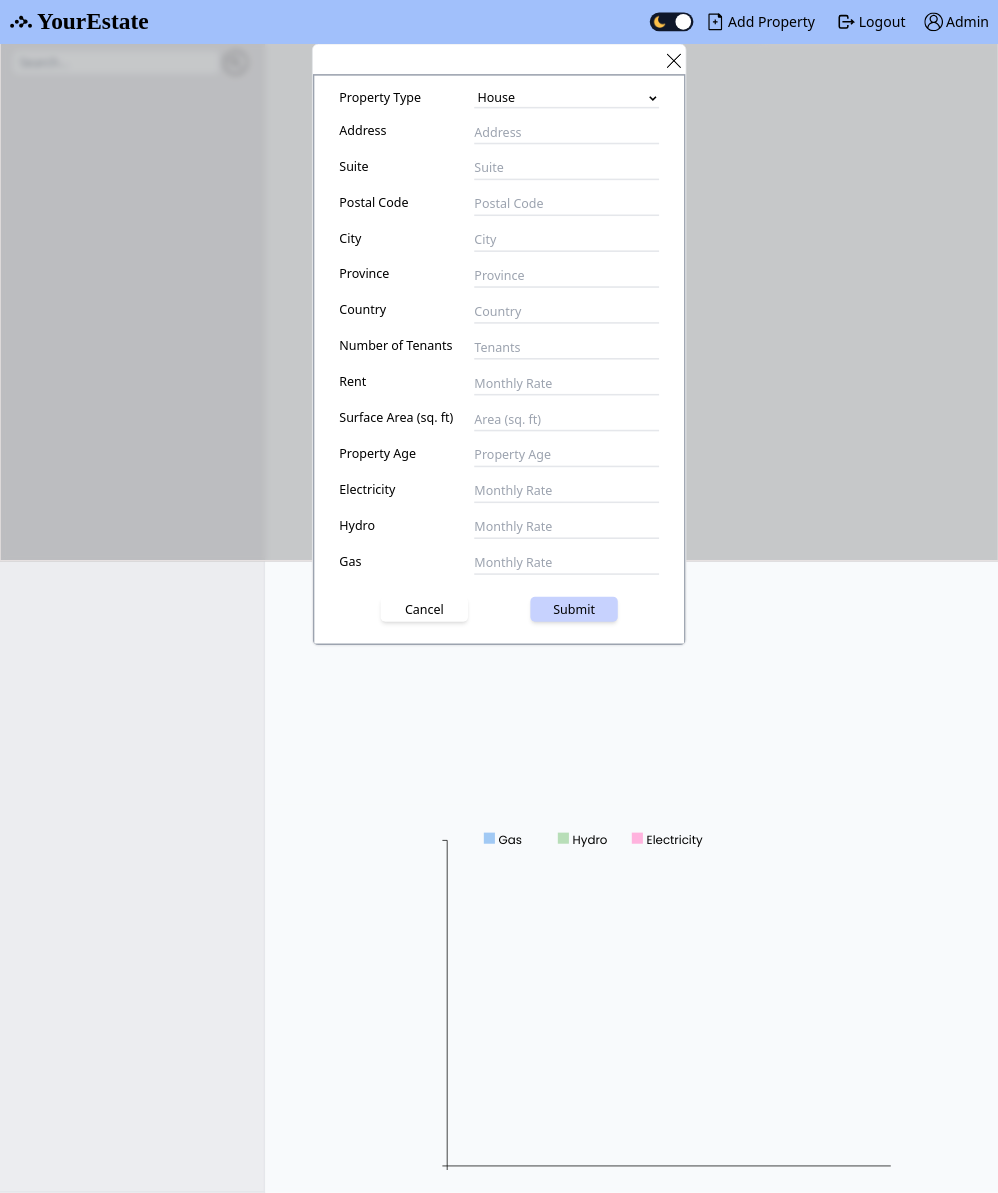
Repository: Fortivera/yourestate
Page: /dashboard/createproperty
These files come from the project's save history. The page is drawn as it stood at one moment and after the next save; the edit follows.
The browser window is 1280 px wide. The pictures show the whole page, at 78% of full size.
The page's requests for data from a server got no answer. The project was rebuilt for these pictures with package versions that can differ from the ones it lists, and the page was loaded fresh each time. Some packages were replaced by stand-ins written for this rebuild. The framework's server and built-in components were replaced by stand-ins that run in the browser. No one was signed in, and anything a server would have sent is missing. Also part of the build but not shown: next.config.js, src/app/loading.tsx, src/components/PropertyCard.tsx.

Above is the page before, as saved 2023-12-31 00:43:39.

### src/app/layout.tsx
import "./globals.css"
import { Analytics } from "@vercel/analytics/react"
import { Metadata } from "next"
import ReactQueryProvider from "./providers"

export const metadata: Metadata = {
  title: {
    template: "%s | Your Estate Login",
    default: "Your Estate Login",
  },
  description: "Home page for the real estate web application",
}

export default function RootLayout({ children }: { children: React.ReactNode }) {
  return (
    <html lang="en">
      <body>
        <ReactQueryProvider>
          {children}
          <Analytics />
        </ReactQueryProvider>
      </body>
    </html>
  )
}

### src/app/dashboard/layout.tsx
import { ThemeContextProvider } from "@/context/ThemeContex"
import ThemeProvider from "@/providers/ThemeProvider"
import { QueryClient, HydrationBoundary, dehydrate } from "@tanstack/react-query"
import { getProperty } from "lib/useRequestFunctions"

import { Analytics } from "../../components/Analytics/Analytics"
import Navbar from "../../components/Navbar"
import PropertiesList from "../../components/PropertiesList"

// import { usePropertyStore } from "../usePropertiesStore"

export default async function Layout({ children }: { children: React.ReactNode }) {
    const queryClient = new QueryClient()
    await queryClient.prefetchQuery({
        queryKey: ["allProperties"],
        queryFn: getProperty,
    })

    // const allPropertiesPromise: Promise<Property[]> = await getProperty()
    // const allProperties = await allPropertiesPromise

    // usePropertyStore.setState({ allProperties })

    return (
        <>
            <ThemeContextProvider>
                <ThemeProvider>
                    <header>
                        <Navbar />
                    </header>
                    <div>{children}</div>
                    <main>
                        <div className="flex flex-col md:flex-row mt-14">
                            <div className="w-screen md:h-auto md:w-[29rem] h-[50vh]">
                                <HydrationBoundary state={dehydrate(queryClient)}>
                                    <PropertiesList />
                                </HydrationBoundary>
                            </div>
                            <HydrationBoundary state={dehydrate(queryClient)}>
                                <Analytics />
                            </HydrationBoundary>
                        </div>
                    </main>
                </ThemeProvider>
            </ThemeContextProvider>
        </>
    )
}

### src/app/dashboard/createproperty/layout.tsx
'use client'

import Layout from "../layout";
import ProductsPage from "../page";

export default function Layouta({ children, }: { children: React.ReactNode }) {
    return (
        <>

            {children}
        </>
    )

}

### src/app/globals.css
@import url("https://fonts.googleapis.com/css2?family=Lora:ital,wght@0,400;0,500;0,600;1,400;1,500;1,600&family=Montserrat:ital,wght@0,300;0,400;0,500;0,600;1,300;1,400;1,500;1,600&family=Poppins:ital,wght@0,300;0,400;0,500;0,600;0,700;0,800;0,900;1,300;1,400;1,500;1,600;1,700;1,800;1,900&family=Noto+Sans:ital,wght@0,300;0,400;0,500;0,600;0,700;0,800;0,900;1,300;1,400;1,500;1,600;1,700;1,800;1,900&display=swap");

@tailwind base;
@tailwind components;
@tailwind utilities;

.navbarDark {
    background-color: rgb(45 48 56);
    color: #ddd;
}
.navbarLight {
    background-color: rgb(161, 192, 251);
    color: black;
}
.propertyListLight {
    background-color: rgb(249 250 251);
    color: black;
    border-color: rgb(229 231 235);
}
.propertyListDark {
    background-color: rgb(45 48 56 / 0.95);
    color: #ddd;
}
.searchbarLight {
    background-color: rgb(248 250 252);
    color: black;
}
.searchbarDark {
    background-color: rgb(100 116 139 / 0.6);
    color: #ddd;
}
.propertyLight {
    background-color: rgb(249 250 251);
    color: black;
}
.propertyDark {
    background-color: rgb(45 48 56 / 0.95);
    color: #ddd;
}

### src/app/providers.tsx
"use client"
import { ReactNode, useState } from "react"
import { QueryClient, QueryClientProvider } from "@tanstack/react-query"
import { ReactQueryDevtools } from "@tanstack/react-query-devtools"

type Props = {
  children: ReactNode
}

export default function ReactQueryProvider({ children }: Props) {
  const [queryClient] = useState(() => new QueryClient())

  return (
    <QueryClientProvider client={queryClient}>
      <ReactQueryDevtools initialIsOpen={false} />
      {children}
    </QueryClientProvider>
  )
}

### src/context/ThemeContex.tsx
"use client"
import { createContext, useState, ReactNode, useEffect } from "react"

interface ChildrenProps {
    children: ReactNode
}

interface ThemeContextType {
    theme: string
    toggle: () => void
}

// This component is responsible to registering and remembering what theme was chosen by the user
// we use local storage for that
export const ThemeContext = createContext<ThemeContextType>({
    theme: "light",
    toggle: () => {},
})

function getFromLocalStorage() {
    if (typeof window === "undefined") {
        return "light" // Use a default theme on the server-side
    }
    return localStorage.getItem("theme") || "light"
}

export const ThemeContextProvider = ({ children }: ChildrenProps) => {
    const [theme, setTheme] = useState<string>(getFromLocalStorage)

    // since next.js uses server side rendering, we must specify if the transition to client is completed
    const toggle = () => {
        setTheme((prevTheme) => (prevTheme === "light" ? "dark" : "light"))
    }

    useEffect(() => {
        localStorage.setItem("theme", theme)
    }, [theme])

    return <ThemeContext.Provider value={{ theme, toggle }}>{children}</ThemeContext.Provider>
}

### src/providers/ThemeProvider.tsx
"use client"

import { useState, useEffect, useContext, ReactNode } from "react"
import { ThemeContext } from "@/context/ThemeContex"

interface ChildrenProps {
    children: ReactNode
}

// this component is created to keep the layout/page as server side rendered.
// useContext() requires you to have "use client"

export default function ThemeProvider({ children }: ChildrenProps) {
    const { theme } = useContext(ThemeContext)
    const [mounted, setMounted] = useState(false)

    useEffect(() => {
        setMounted(true)
    }, [])

    if (!mounted) {
        return null // or a loading placeholder if desired
    }
    return <div className={theme}>{children}</div>
}

### lib/useRequestFunctions.ts
export function filterId(arr: Property[], propertyid: number) {
  for (let i = 0; i < arr.length; i++) {
    try {
      if (arr[i].id != propertyid) {
        continue
      } else {
        return arr[i] as Property
      }
    } catch (error) {
      console.error(error)
    }
  }
}

export function deleteProperty(userInput: number) {
  const url = `${process.env.NEXT_PUBLIC_SERVER_URL}${process.env.NEXT_PUBLIC_PROPERTY_ENDPOINT}${userInput}`
  console.log(url)
  try {
    fetch(url, {
      method: "DELETE",
      body: JSON.stringify(userInput),
      headers: {
        "Content-Type": "application/json",
      },
    })
  } catch (err) {
    console.error(err)
    alert(`We can't submit the form, because of ${err}`)
  }
}

// eslint-disable-next-line no-unused-vars
export async function updateProperty(userInput: Property, id: number) {
  const url = `${process.env.NEXT_PUBLIC_SERVER_URL}${process.env.NEXT_PUBLIC_PROPERTY_ENDPOINT}/${id}`
  // const url = "http://localhost:5085/api/Properties/39"
  console.log(url)
  try {
    const response = await fetch(url, {
      method: "PUT",
      body: JSON.stringify(userInput),
      headers: {
        "Content-Type": "application/json",
      },
    })
    if (!response.ok) {
      throw new Error(`Invalid response: ${response.status}`)
    }
  } catch (err) {
    console.error(err)
    alert("We can't submit the form, try again later?")
  }
}

export async function getProperty(): Promise<Property[]> {
  try {
    const response = await fetch(`${process.env.NEXT_PUBLIC_SERVER_URL}${process.env.NEXT_PUBLIC_PROPERTY_ENDPOINT}`, {
      cache: "no-store",
    })
    if (!response.ok) {
      throw new Error("Failed to fetch data.")
    }

    const propertyCollection: Property[] = await response.json()
    return propertyCollection
  } catch (err) {
    console.log(err)
    return []
  }
}

// Helper function to get the token and save it in localStorage
export async function tokenHandleResponse(response: Response) {
  if (response.ok) {
    const data = await response.json()
    if (data.token) {
      localStorage.setItem("token", data.token)
      return data
    }
    throw new Error("Token not found in response")
  }
  throw new Error("Network response was not ok.")
}

### src/components/Analytics/Analytics.tsx
"use client"
import Loading from "@/app/loading"
import { ThemeContext } from "@/context/ThemeContex"
import { useQuery } from "@tanstack/react-query"
import { getProperty } from "lib/useRequestFunctions"
import React, { Suspense, useContext } from "react"
import { D3BarChart } from "./D3charts/D3BarChart"
import { D3DonutPieChart } from "./D3charts/D3DonutPieChart"
import { D3PieChart } from "./D3charts/D3PieChart"

// interface Props {
//     allProperties: Property[]
// }

export const Analytics = () => {
    const { theme } = useContext(ThemeContext)
    const { data: allProperties, error } = useQuery({
        queryKey: ["allProperties"],
        queryFn: getProperty,
    })
    if (error) return <div>Failed to load</div>
    return (
        <>
            {/* <div className="w-full h-full">{<iframe height="100%" width="100%" title="Report Section" src="https://app.powerbi.com/view?r=eyJrIjoiZDVmOGZlMWMtN2VkYS00NmRkLWJiZDgtMGY1MzQyNTdlOWQ1IiwidCI6IjcwYWQ5MjFmLTFmZjQtNDZjNC1hMmZkLWIxNTc0MjcxODQ3NiJ9" allowFullScreen={true}></iframe>}</div> */}
            <div className={`${theme === "light" ? "bg-slate-50" : "bg-[#515F73]"} grid grid-cols-1 desktop:grid-cols-2 w-full py-2 px-1 font-Poppins`}>
                <div>
                    <Suspense fallback={<Loading />}>
                        <D3DonutPieChart allProperties={allProperties!} />
                    </Suspense>
                </div>
                <div>
                    <Suspense fallback={<Loading />}>
                        <D3PieChart allProperties={allProperties!} />
                    </Suspense>
                </div>
                <div className="md:col-span-full flex justify-center">
                    <Suspense fallback={<Loading />}>
                        <D3BarChart allProperties={allProperties!} />
                    </Suspense>
                </div>
            </div>
        </>
    )
}

### src/components/Modal.tsx
"use client"

import { MouseEventHandler, useContext } from "react"
import { useRouter } from "next/navigation"
import { ThemeContext } from "@/context/ThemeContex"

export const Modal = ({ children }: any) => {
    const router = useRouter()
    const { theme } = useContext(ThemeContext)
    const closeHandler: MouseEventHandler = (): void => {
        router.push("/dashboard")
    }
    return (
        <>
            <div className="bg-black/20 backdrop-blur-sm bg-blend-saturation border-[1px] border-b-[2px] border-[#e6e1e1] fixed top-0 w-full h-screen bg-cover z-10 " onClick={closeHandler} />
            <dialog
                open
                className={`
    ${theme === "light" ? "bg-white" : "bg-[#33363e] text-[#e6e1e1]"}
    w-[80%] max-w-[480px] md:w-1/2
    mx-auto border rounded-lg shadow-sm overflow-hidden pt-1 z-10
  `}
            >
                {children}
            </dialog>
        </>
    )
}

### public/CancelIcon.tsx

export default function CancelIcon() {

  return (
    <svg xmlns="http://www.w3.org/2000/svg" fill="#000000" width="30px" height="30px" viewBox="0 0 256 256" id="Flat">
      <path d="M202.82861,197.17188a3.99991,3.99991,0,1,1-5.65722,5.65624L128,133.65723,58.82861,202.82812a3.99991,3.99991,0,0,1-5.65722-5.65624L122.343,128,53.17139,58.82812a3.99991,3.99991,0,0,1,5.65722-5.65624L128,122.34277l69.17139-69.17089a3.99991,3.99991,0,0,1,5.65722,5.65624L133.657,128Z" />
      <path xmlns="http://www.w3.org/2000/svg" d="M202.82861,197.17188a3.99991,3.99991,0,1,1-5.65722,5.65624L128,133.65723,58.82861,202.82812a3.99991,3.99991,0,0,1-5.65722-5.65624L122.343,128,53.17139,58.82812a3.99991,3.99991,0,0,1,5.65722-5.65624L128,122.34277l69.17139-69.17089a3.99991,3.99991,0,0,1,5.65722,5.65624L133.657,128Z" />
    </svg>
  )
}

### src/components/ThemeToggle.tsx
"use client"

import { ThemeContext } from "@/context/ThemeContex"
import Image from "next/image"
import { useContext } from "react"

export default function ThemeToggle() {
    const { toggle, theme } = useContext(ThemeContext)

    return (
        <>
            <span className="sr-only">Toggle theme</span>
            <div className="flex items-center w-14 h-6 rounded-full cursor-pointer justify-between  relative" onClick={toggle} style={theme === "dark" ? { backgroundColor: "white" } : { backgroundColor: "#0f172a" }}>
                <Image src="/static/moon.png" alt={"moon icon"} width={18} height={10} className={"m-1"} />
                <div className="rounded-full w-5 h-5 absolute m-0.5" style={theme === "dark" ? { left: 1, background: "#0f172a" } : { right: 1, background: "white" }} />
                <Image src="/static/sun.png" alt={"sun icon"} width={18} height={10} className={"m-1"} />
            </div>
        </>
    )
}

### public/static/SvgLogout.tsx
import * as React from "react"
import { SVGProps } from "react"
const SvgLogout = (props: SVGProps<SVGSVGElement>) => (
    <svg xmlns="http://www.w3.org/2000/svg" width={24} height={24} fill="none" stroke="currentColor" {...props}>
        <path stroke="none" d="M0 0h24v24H0z" />
        <path d="M14 8V6a2 2 0 0 0-2-2H5a2 2 0 0 0-2 2v12a2 2 0 0 0 2 2h7a2 2 0 0 0 2-2v-2" />
        <path d="M7 12h14l-3-3m0 6 3-3" />
    </svg>
)
export default SvgLogout

### public/static/SvgAddProperty.tsx
import * as React from "react"
import { SVGProps } from "react"
const SvgAddProperty = (props: SVGProps<SVGSVGElement>) => (
  <svg xmlns="http://www.w3.org/2000/svg" width={24} height={24} fill="none" {...props}>
    <path stroke="currentColor" d="M9 12h3m3 0h-3m0 0V9m0 3v3M4 21.4V2.6a.6.6 0 0 1 .6-.6h11.652a.6.6 0 0 1 .424.176l3.148 3.148A.6.6 0 0 1 20 5.75V21.4a.6.6 0 0 1-.6.6H4.6a.6.6 0 0 1-.6-.6Z" />
    <path fill="currentColor" stroke="currentColor" d="M16 5.4V2.354a.354.354 0 0 1 .604-.25l3.292 3.292a.353.353 0 0 1-.25.604H16.6a.6.6 0 0 1-.6-.6Z" />
  </svg>
)
export default SvgAddProperty

### public/static/SvgLogoName.tsx
import * as React from "react"
import { SVGProps } from "react"
const SvgLogoName = (props: SVGProps<SVGSVGElement>) => (
    <svg xmlns="http://www.w3.org/2000/svg" width={163} height={52} overflow="hidden" {...props}>
        <text fill="currentColor" transform="translate(-.785 35)">
            {"\n              YourEstate\n            "}
        </text>
    </svg>
)
export default SvgLogoName

### public/static/SvgMainLogo.tsx
import * as React from "react"
import { SVGProps } from "react"
const SvgMainLogo = (props: SVGProps<SVGSVGElement>) => (
  <svg
    xmlns="http://www.w3.org/2000/svg"
    width={42}
    height={40}
    fill="currentColor"
    overflow="hidden"
    {...props}
  >
    <path d="M13.582 20.41c-1.39 0-2.523-1.142-2.523-2.542s1.133-2.542 2.523-2.542c1.39 0 2.523 1.142 2.523 2.542 0 1.399-1.134 2.542-2.523 2.542zm-6.058 5.047c-1.388-.003-2.518-1.15-2.514-2.55a2.537 2.537 0 0 1 2.532-2.534c1.389.003 2.519 1.15 2.514 2.551a2.538 2.538 0 0 1-2.532 2.533zm22.962 0a2.538 2.538 0 0 1-2.543-2.523c-.007-1.402 1.118-2.553 2.505-2.56a2.538 2.538 0 0 1 2.542 2.522c.008 1.401-1.118 2.553-2.504 2.561zM25.757 15.474c-.686-.214-1.419-.303-2.138-.381-1.112-.12-1.555-.554-1.743-1.668-.106-.622-.254-1.26-.523-1.825-.513-1.075-1.715-1.557-2.922-1.282-1.02.233-1.867 1.248-1.914 2.29-.054 1.188.626 2.203 1.794 2.553.555.167 1.145.25 1.724.293 1.063.077 1.418.394 1.705.878.182.306.357.607.357 1.517 0 .911-.177 1.212-.357 1.517-.287.484-.642.8-1.705.879-.58.042-1.17.126-1.724.293-1.168.351-1.848 1.364-1.794 2.554.047 1.041.895 2.056 1.914 2.289 1.207.276 2.409-.207 2.922-1.282.27-.564.417-1.203.523-1.825.189-1.114.632-1.547 1.743-1.668.72-.078 1.452-.168 2.138-.382 1.041-.325 1.667-1.296 1.667-2.375 0-1.078-.626-2.048-1.667-2.375z" />
  </svg>
)
export default SvgMainLogo

### public/static/SvgUser.tsx
import * as React from "react"
import { SVGProps } from "react"
const SvgUser = (props: SVGProps<SVGSVGElement>) => (
    <svg
        xmlns="http://www.w3.org/2000/svg"
        width={24}
        height={24}
        fill="none"
        stroke="currentColor"
        viewBox="0 0 512 512"
        {...props}
    >
        <path
            fill="currentColor"
            strokeWidth={0.1}
            d="M224 1.5c-30 3.9-54.3 11.2-81.5 24.5C80.8 56.2 32.4 112.4 11.6 177.8 3.4 204 0 226.5 0 256c0 21.6 1.7 38.2 5.6 55.7 10.5 47.2 32.8 88.2 66.9 123.2 41.9 43 94.8 69 155 76 13.5 1.6 46.3 1.4 60.7-.5 58.7-7.4 110.8-33.6 152.3-76.5 39-40.4 63.2-90.7 70-145.9 2-16.3 2-47.7 0-64-9.2-74.2-51.1-141.3-114-182.6C363.4 19.8 326.9 6.3 288 1.5c-15-1.8-50.1-1.8-64 0zm50.1 32c25.8 1.4 55.4 9.7 81.4 22.7 57.4 28.7 100.1 81 116.4 142.8 5.9 22.4 6.6 28.1 6.6 57s-.7 34.6-6.6 57c-7.4 27.8-20.4 54.6-37.8 77.6l-4.8 6.3-2.7-10.2c-13.5-50.4-48.2-92.1-95.5-114.5l-9.4-4.5 4.4-3.5c18.6-14.9 33.2-37.7 39.2-61.1 1.9-7.3 2.2-11.4 2.2-27.1 0-15.7-.3-19.8-2.2-27.1-10.2-40-42-72-81.7-82.1-12.4-3.1-37-3.6-49.6-1-45.1 9.5-78.9 42.9-88 87.2-1.9 9-2.1 12.8-1.7 26.5.6 18.3 2.3 27 8.5 41.3 6.8 15.8 19.6 32.6 33.1 43.4l4.3 3.5-13.3 6.6c-7.4 3.7-17.7 9.8-22.9 13.5-11.7 8.3-33.5 29.8-41.4 41-12.2 17.3-22 38.2-27.3 58.1l-2.6 10-4.8-6.3c-21.4-28.3-35.6-61.2-42.6-98.6-2.5-13.7-2.5-58.3 0-72 8.8-46.8 28.2-85.6 59.2-117.9 32.1-33.5 72.8-56.1 117-65 16-3.2 35.8-5.1 48-4.4 2.8.1 9.3.5 14.6.8zm.7 65.6c17.8 4.1 35.8 16.3 46.1 31.3 4.9 7.1 10.7 20.2 12.5 28.3 2 9.2 2.1 25.3 0 34.6-2 9.4-10 25.7-16.2 33.1-23 27.6-61.7 36.5-93.9 21.6-10.2-4.8-16.1-8.8-23.3-16-15.2-15.2-23-34.1-23-56 0-17 4.6-31.8 14.2-45.9 4.9-7 15.8-17.1 23.4-21.7C234 97 253 94.1 274.8 99.1zm-5.3 190.3c16.1 1 38.8 7.8 54.5 16.4 25.3 13.8 48.9 38.4 61.1 63.9 7.5 15.6 12.5 33.9 13.6 49.8l.6 8.1-8.9 6.6c-13 9.6-21.4 14.8-34.9 21.5-35.5 17.8-72.6 25.4-112.8 23.2-43-2.4-83.8-17.3-119.7-43.7l-10.3-7.5.7-9.1c1.1-16.7 7.8-38.9 16.4-54.6 6.5-11.9 14.5-22.4 25.1-33 20.1-20.1 41.3-32 68.6-38.6 10-2.4 28.5-4.4 34.5-3.8 1.4.2 6.6.5 11.5.8z"
        />
    </svg>
)
export default SvgUser

### src/components/Search.tsx
"use client"

const SearchIcon = () => {
  return (
    <svg
      version="1.0"
      xmlns="http://www.w3.org/2000/svg"
      width="40"
      height="40"
      viewBox="0 0 256.000000 256.000000"
      preserveAspectRatio="xMidYMid meet"
    >
      <g
        transform="translate(0.000000,256.000000) scale(0.100000,-0.100000)"
        fill="currentColor"
        stroke="none"
      >
        <path
          d="M1113 2245 c-351 -64 -645 -314 -758 -645 -196 -576 163 -1180 764
                    -1285 464 -81 934 198 1086 646 196 573 -165 1179 -764 1284 -101 18 -230 18
                    -328 0z m348 -45 c313 -64 570 -277 690 -571 134 -329 63 -718 -177 -977 -148
                    -161 -305 -249 -516 -292 -259 -53 -535 11 -749 176 -79 60 -183 176 -229 254
                    -184 310 -184 669 1 983 59 100 211 251 314 311 211 122 439 162 666 116z"
        />
        <path
          d="M1028 1765 c-61 -17 -107 -45 -156 -99 -51 -56 -67 -87 -83 -164 -14
                    -68 -3 -157 28 -215 20 -40 89 -113 129 -138 41 -25 125 -49 174 -49 56 0 141
                    27 185 58 l40 30 202 -201 c161 -160 205 -199 215 -189 10 10 -29 54 -188 215
                    l-201 202 32 46 c59 85 69 217 25 316 -21 49 -88 124 -136 154 -74 45 -177 59
                    -266 34z m214 -53 c59 -26 124 -91 151 -151 30 -64 30 -178 0 -242 -27 -60
                    -92 -125 -152 -152 -64 -30 -178 -30 -242 0 -129 59 -202 206 -169 342 43 180
                    242 278 412 203z"
        />
      </g>
    </svg>
    // <Image width={"40"} height={"40"} className="rounded-full min-w-[40px]" src="/static/ann.png" alt={""} />
  )
}

export default SearchIcon

Loaded but not shown: tailwind.config.js (44 lines, source omitted); src/components/Analytics/D3charts/D3BarChart.tsx (216 lines, source omitted); src/app/dashboard/createproperty/page.tsx (146 lines, source omitted); src/components/Navbar.tsx (98 lines, source omitted); src/components/Analytics/D3charts/D3DonutPieChart.tsx (146 lines, source omitted); src/components/Analytics/D3charts/D3PieChart.tsx (140 lines, source omitted); src/components/FormLabels.tsx (178 lines, source omitted); src/components/PropertiesList.tsx (86 lines, source omitted)

After the next save:
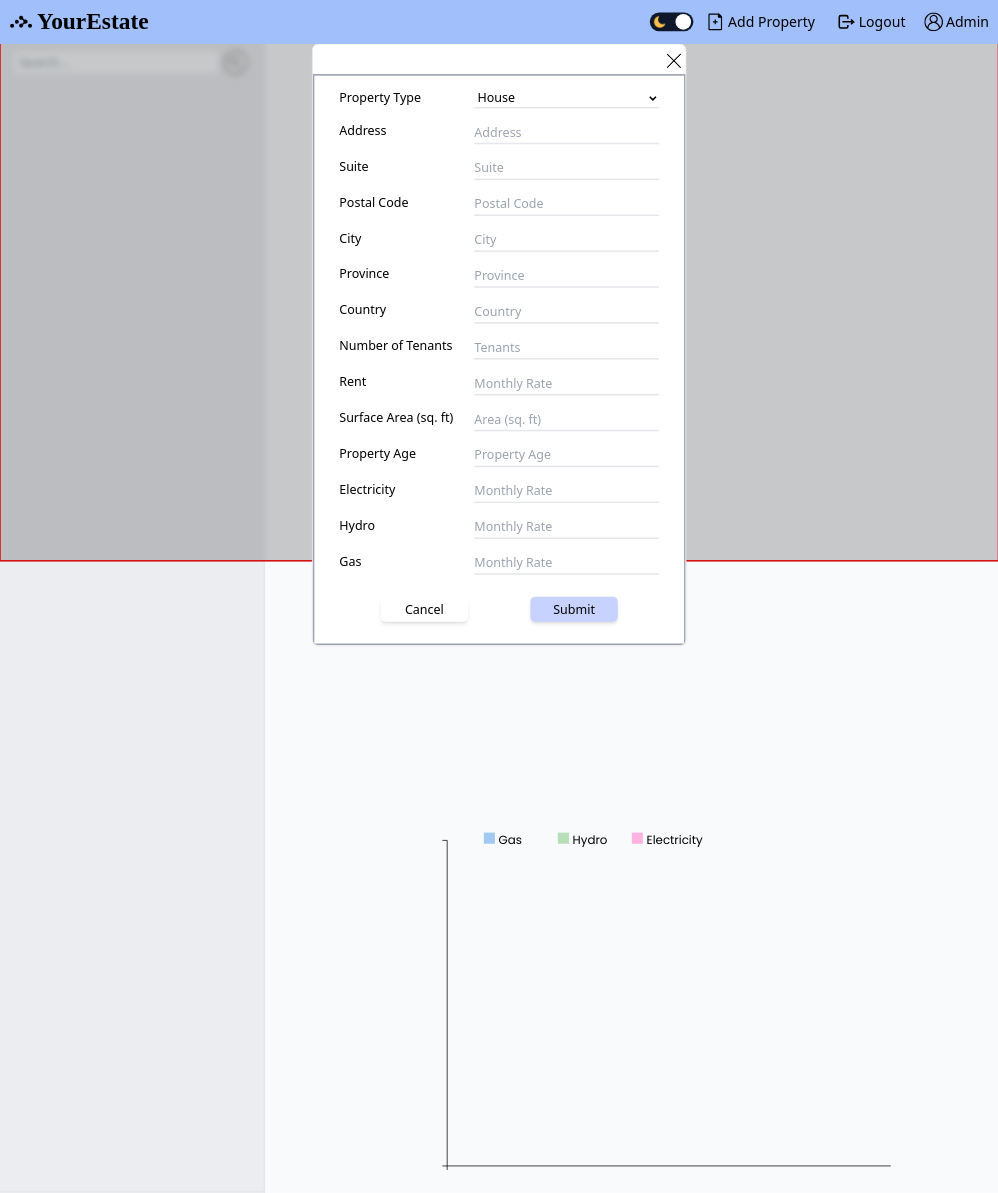
Saved 36 s later.
--- a/src/components/Modal.tsx
+++ b/src/components/Modal.tsx
@@ -12,7 +12,7 @@ export const Modal = ({ children }: any) => {
     }
     return (
         <>
-            <div className="bg-black/20 backdrop-blur-sm bg-blend-saturation border-[1px] border-b-[2px] border-[#e6e1e1] fixed top-0 w-full h-screen bg-cover z-10 " onClick={closeHandler} />
+            <div className="bg-black/20 backdrop-blur-sm bg-blend-saturation border-[1px] border-b-[2px] border-[#dc0e0e] fixed top-0 w-full h-screen bg-cover z-10 " onClick={closeHandler} />
             <dialog
                 open
                 className={`
